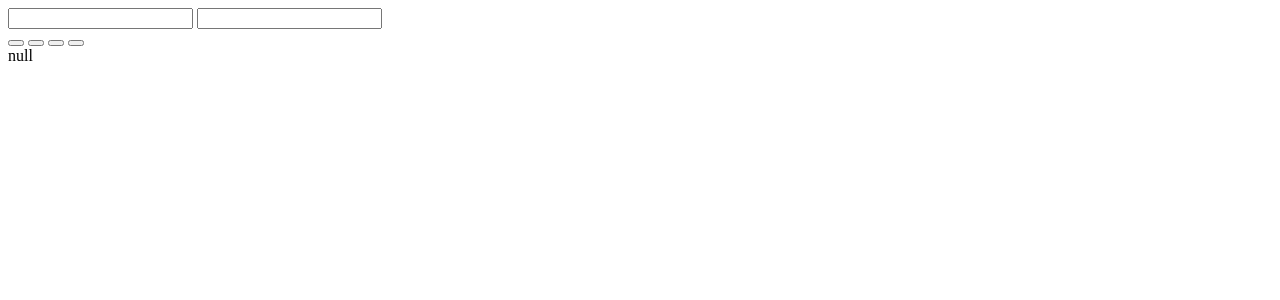
Repository: bharatgupta77/Java-codes
Page: http://localhost/Calculator/index1.jsp
The author's editor kept a copy of each file at every save. The page is drawn from the files as they stood at one save, then again after the next save.
The browser window is 1280 px wide. The pictures show the whole page.
The page is served by Tomcat 9.

Above is the page before, as saved 2020-09-29 10:47:23.

After the next save:
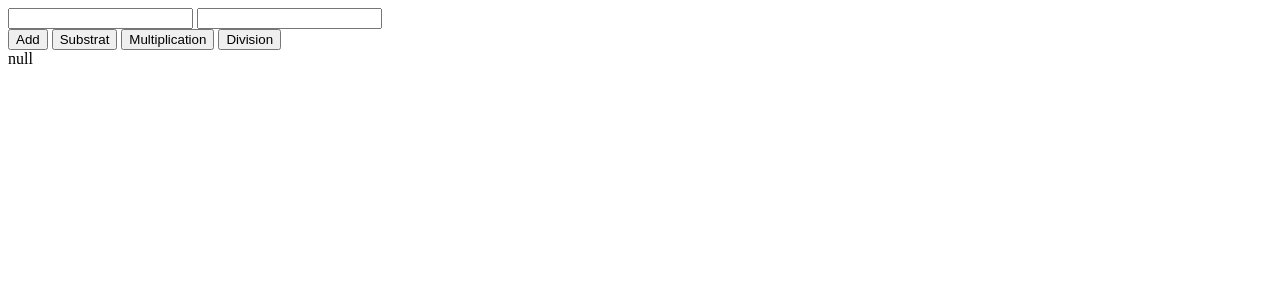
Saved 35 s later.
--- a/Calculator/WebContent/index1.jsp
+++ b/Calculator/WebContent/index1.jsp
@@ -12,10 +12,10 @@
 	<input type="number" name="num">
 	<input type="number" name="num1"><br>
 
-	<button type="submit" name="btn" value="+"></button>
-	<button type="submit" name="btn" value="-"></button>
-	<button type="submit" name="btn" value="*"></button>
-	<button type="submit" name="btn" value="/"></button>
+	<button type="submit" name="btn" value="+">Add</button>
+	<button type="submit" name="btn" value="-">Substrat</button>
+	<button type="submit" name="btn" value="*">Multiplication</button>
+	<button type="submit" name="btn" value="/">Division</button>
 
 
 
